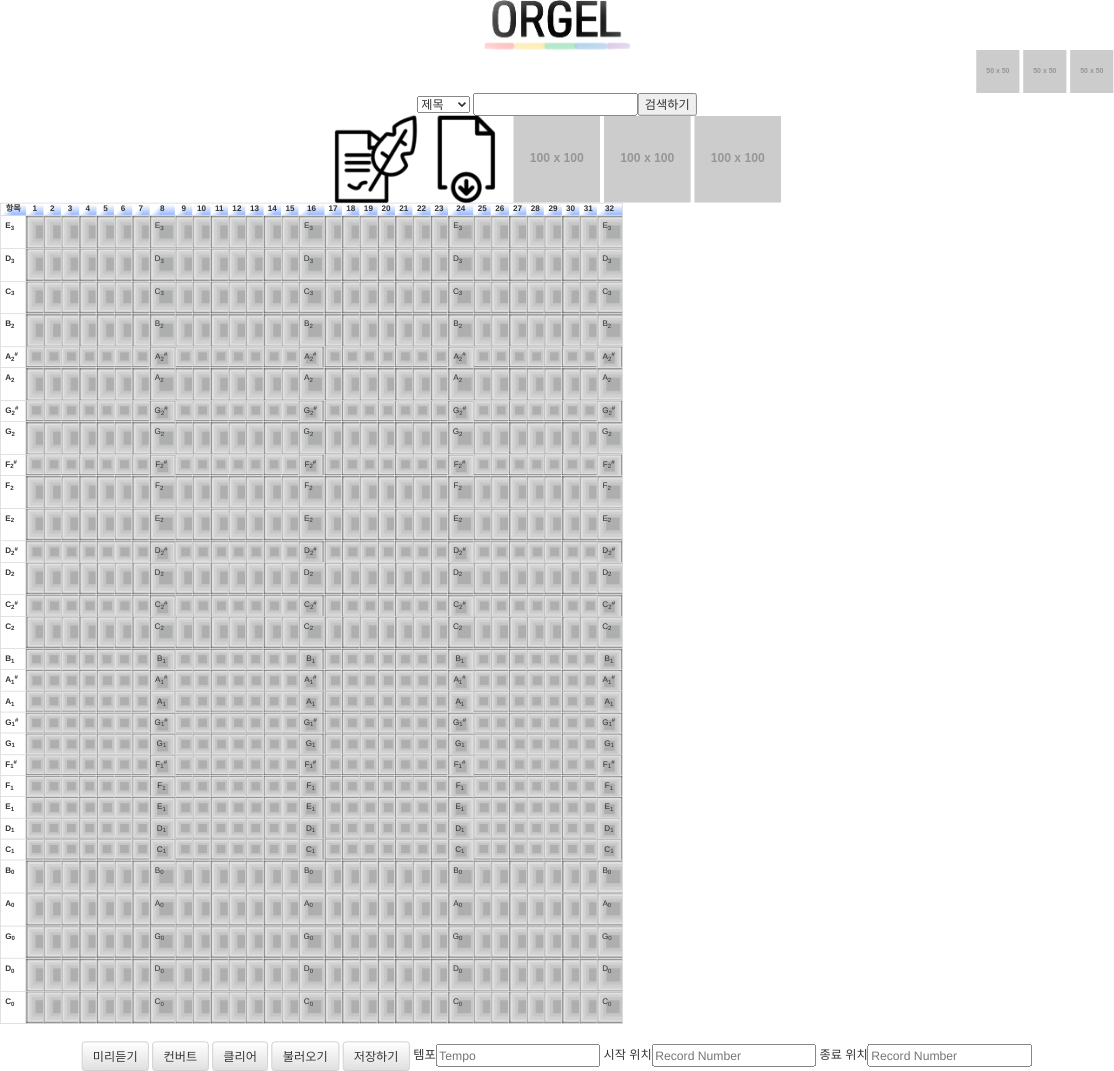
Repository: 2018YoungJinCollege-Com-3WDJ-3Group/WebCode
Page: http://localhost/main/create
The author's editor kept a record of every edit. The page is drawn from the files as they stood at one moment, then again after the next edit.
The browser window is 1280 px wide. The pictures show the whole page, at 87% of full size.
The page is served by the project's Laravel application, run on PHP 8.4 with Laravel 8.

Above is the page before.
Console error (its wording comes from the project's code and is left out).

After the next edit:
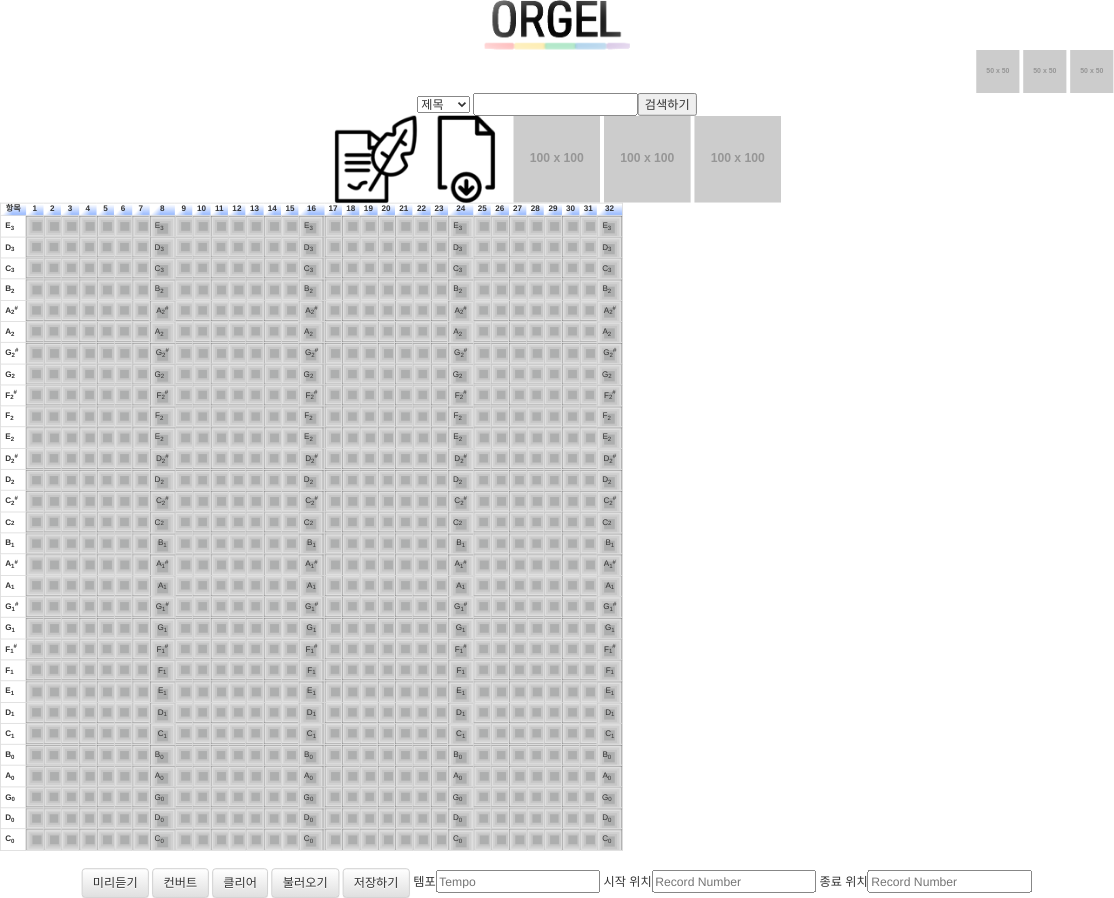
The edit:
--- a/project_0321/app/keyboard.php
+++ b/project_0321/app/keyboard.php
@@ -15,9 +15,7 @@
         $nameOfNotesOf30 = array('E<sub>3</sub><sup>　</sup>','D<sub>3</sub><sup>　</sup>','C<sub>3</sub><sup>　</sup>','B<sub>2</sub><sup>　</sup>','A<sub>2</sub></sub><sup>#</sup>','A<sub>2</sub><sup>　</sup>','G<sub>2</sub></sub><sup>#</sup>','G<sub>2</sub><sup>　</sup>','F<sub>2</sub></sub><sup>#</sup>','F<sub>2</sub><sup>　</sup>','E<sub>2</sub><sup>　</sup>','D<sub>2</sub></sub><sup>#</sup>','D<sub>2</sub><sup>　</sup>','C<sub>2</sub></sub><sup>#</sup>','C<sub>2</sub><sup>　</sup>','B<sub>1','A<sub>1</sub><sup>#</sup>','A<sub>1','G<sub>1</sub><sup>#</sup>','G<sub>1','F<sub>1</sub><sup>#</sup>','F<sub>1','E<sub>1','D<sub>1','C<sub>1','B<sub>0</sub><sup>　</sup>','A<sub>0</sub><sup>　</sup>','G<sub>0</sub><sup>　</sup>','D<sub>0</sub><sup>　</sup>','C<sub>0</sub><sup>　</sup>');
             foreach ($nameOfNotesOf30 as $key => $value){
 
-                echo "<tr><th id='$notesOf30[$key]'>
-                      $value
-                      </th></tr>";
+                echo "<tr><th id='$notesOf30[$key]' class='cell-melody'>$value</th></tr>";
             }
 
 
